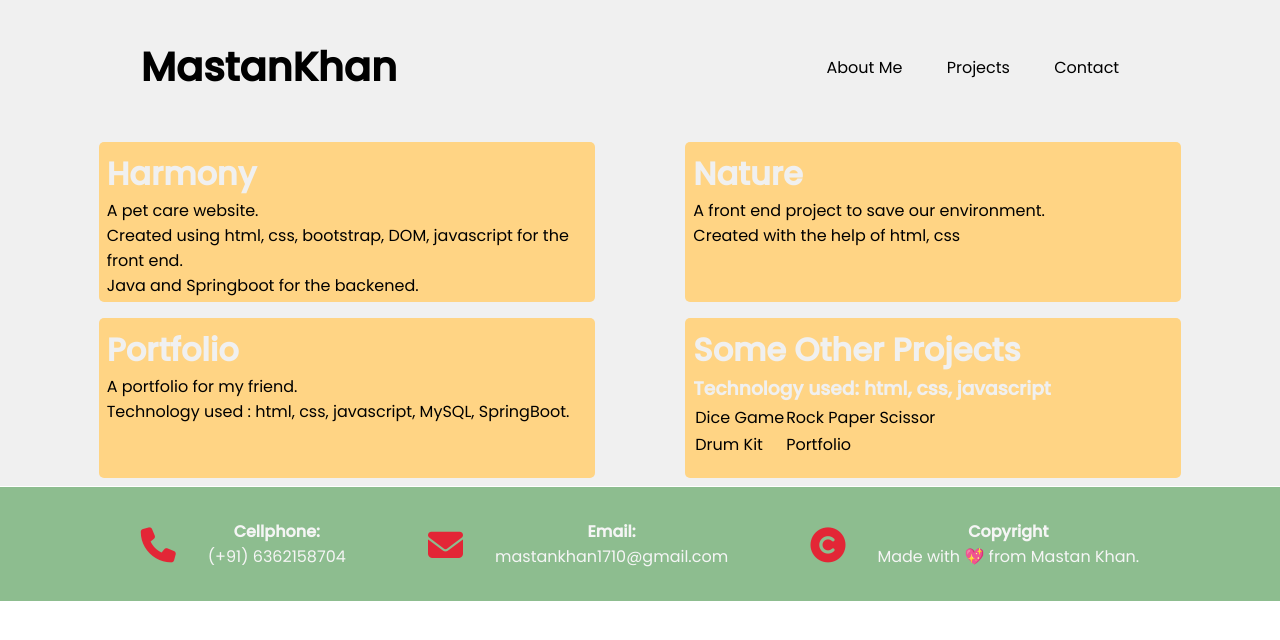
Repository: MastanKhan1/my_resume
Page: http://localhost/projects
The author's editor kept a copy of each file at every save. The page is drawn from the files as they stood at one save, then again after the next save.
The browser window is 1280 px wide. The pictures show the whole page.
Some web fonts or font styles are not loaded; a fallback is used. The page is this project's Thymeleaf template; nobody is signed in. The template is opened directly, without the code that normally fills it, so the values that code supplies are empty.

Above is the page before, as saved 2023-10-06 07:18:31.

After the next save:
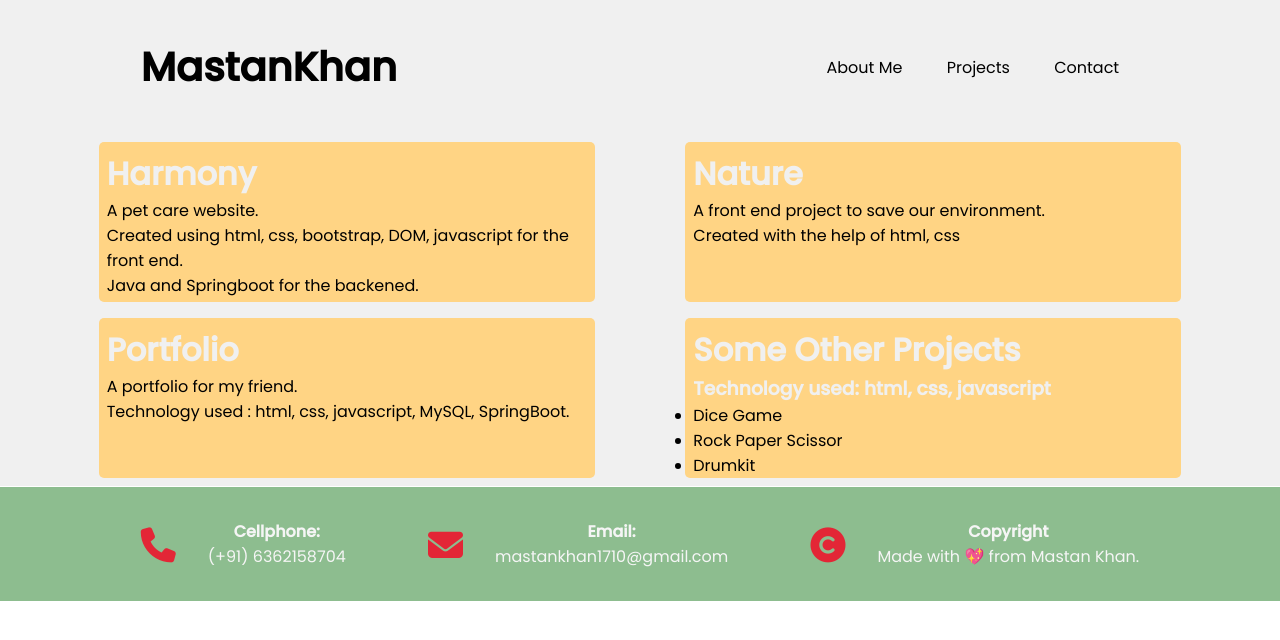
Saved 95 s later.
--- a/portfolio/src/main/resources/templates/projects.html
+++ b/portfolio/src/main/resources/templates/projects.html
@@ -56,16 +56,12 @@
             <div class="project-items" id="portfolio">
                 <h2>Some Other Projects</h2>
                 <h3>Technology used: html, css, javascript</h3>
-                <table>
-					<tr>
-						<td>Dice Game</td>
-						<td>Rock Paper Scissor</td>
-					</tr>
-					<tr>
-						<td>Drum Kit</td>
-						<td>Portfolio</td>
-					</tr>
-				</table>
+                <ul>
+					<li>Dice Game</li>
+		              <li>Rock Paper Scissor</li>
+		              <li>Drumkit</li>
+				</ul>
+
             </div>
 
         </div>
